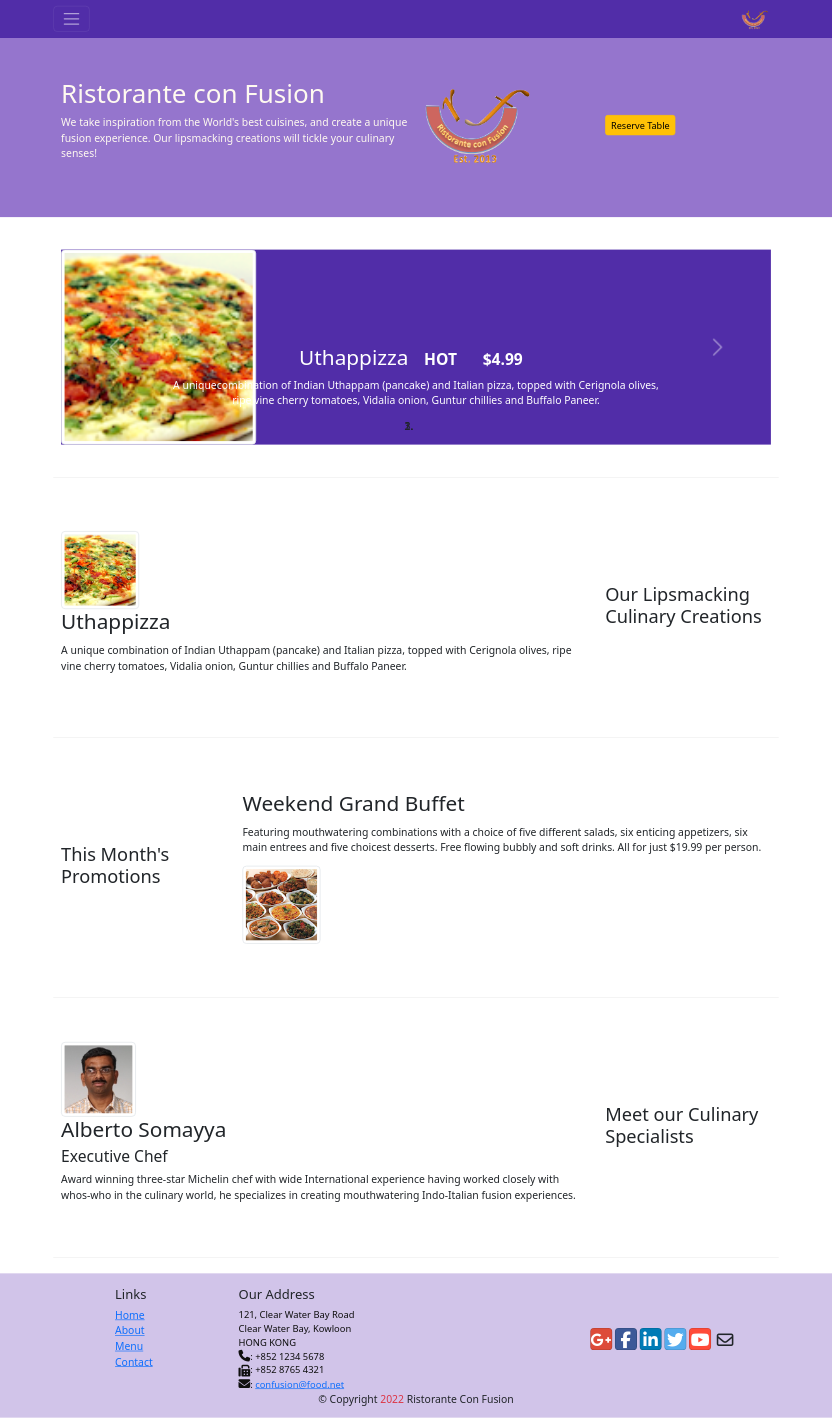
Repository: DungBuiTuan/LAB_FER201m
Page: index.html
These files come from the project's save history. The page is drawn as it stood at one moment and after the next save; the edit follows.
The browser window is 1280 px wide. The pictures show the whole page, at 65% of full size.
Some web libraries are served in a nearby version.

Above is the page before, as saved 2023-05-28 23:40:47.

After the next save:
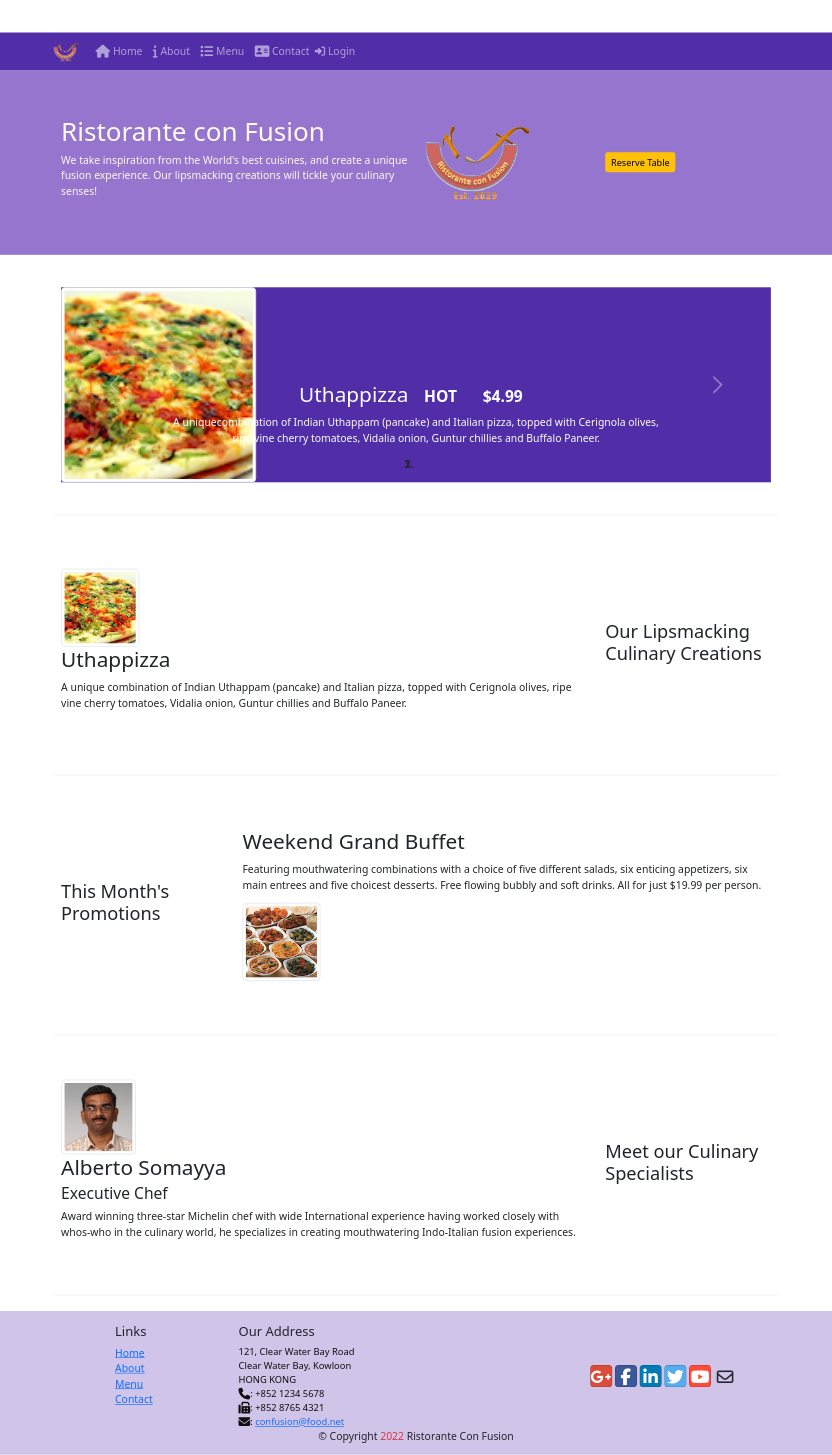
Saved 9 s later.
--- a/index.html
+++ b/index.html
@@ -16,7 +16,7 @@
 
 <body>
 
-    <nav class="navbar navbar-dark  fixed-top">
+    <nav class="navbar navbar-dark navbar-expand-md ">
         <div class="container">
             <button class="navbar-toggler" type="button" data-toggle="collapse" data-target="#Navbar">
                 <span class="navbar-toggler-icon"></span>

After the save that followed:
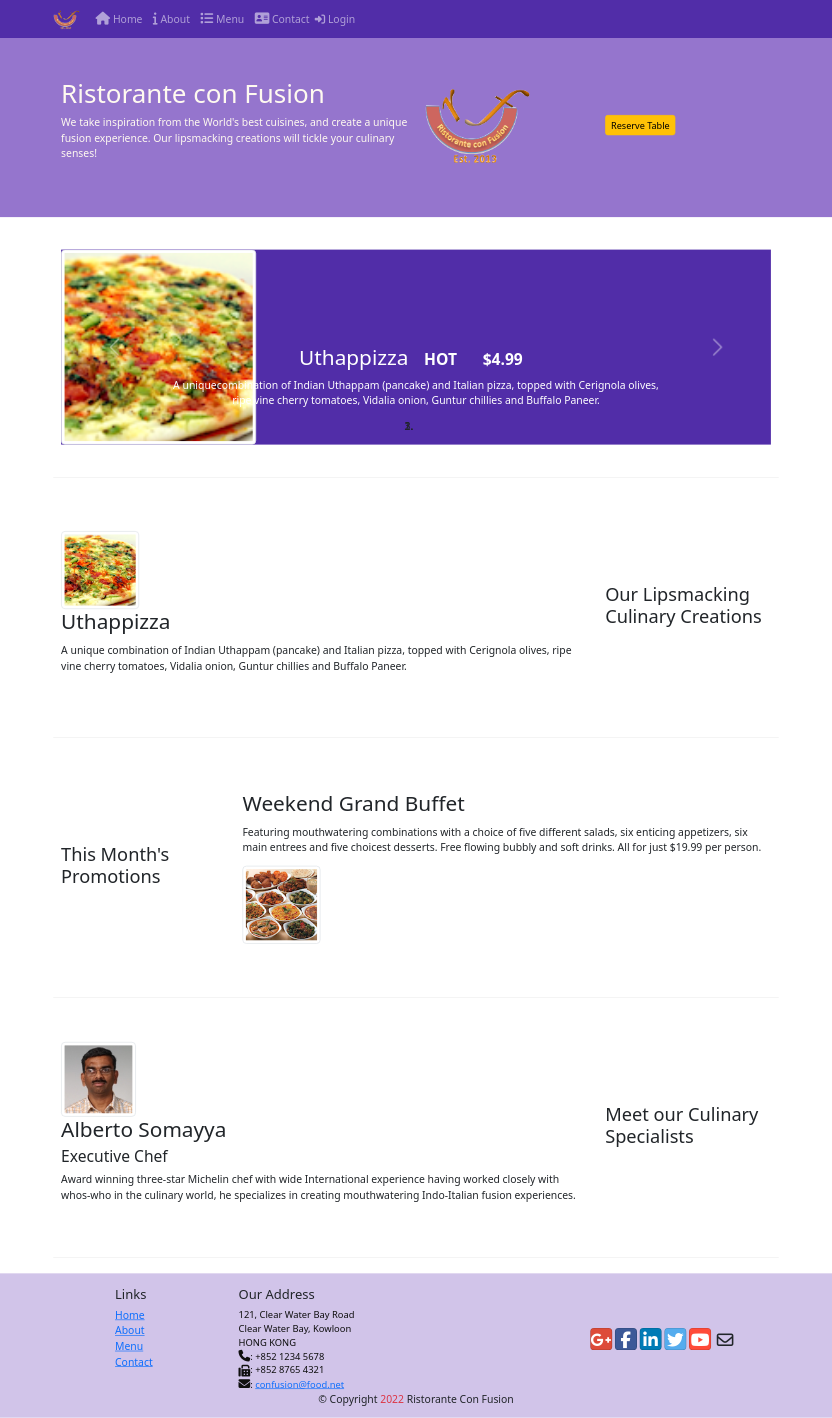
Saved 9 s later.
--- a/index.html
+++ b/index.html
@@ -16,7 +16,7 @@
 
 <body>
 
-    <nav class="navbar navbar-dark navbar-expand-md ">
+    <nav class="navbar navbar-dark navbar-expand-md fixed-top">
         <div class="container">
             <button class="navbar-toggler" type="button" data-toggle="collapse" data-target="#Navbar">
                 <span class="navbar-toggler-icon"></span>
